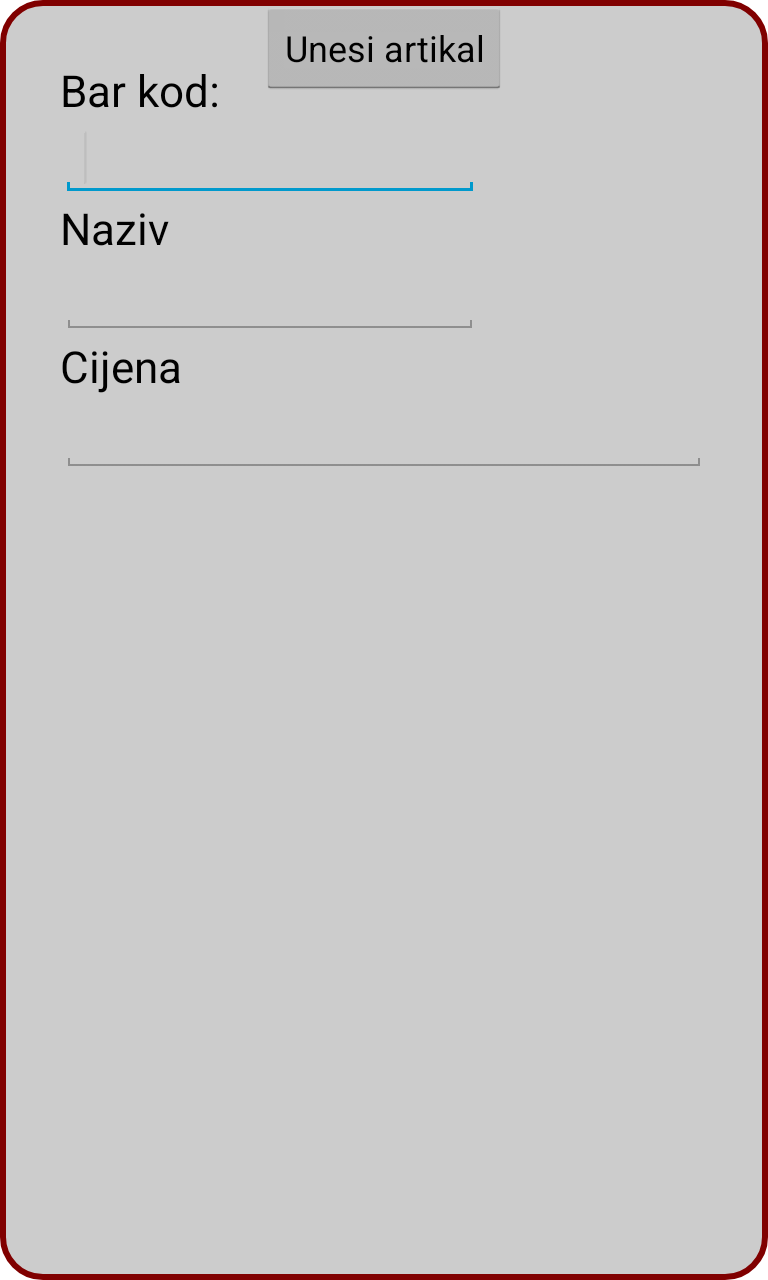
Repository: dzenisahusic/AndroidApp
Layout: Edit2014Sales/res/layout/fragment_unosartikla.xml
These files come from the project's save history. The layout is drawn as it stood at one moment and after the next save; the edit follows.
It is drawn on a 768 x 1280 px phone screen (xhdpi) without system bars, with theme AppTheme; the app's code is not run.

Above is the layout before, as saved 2014-07-15 17:28:40.

After the next save:
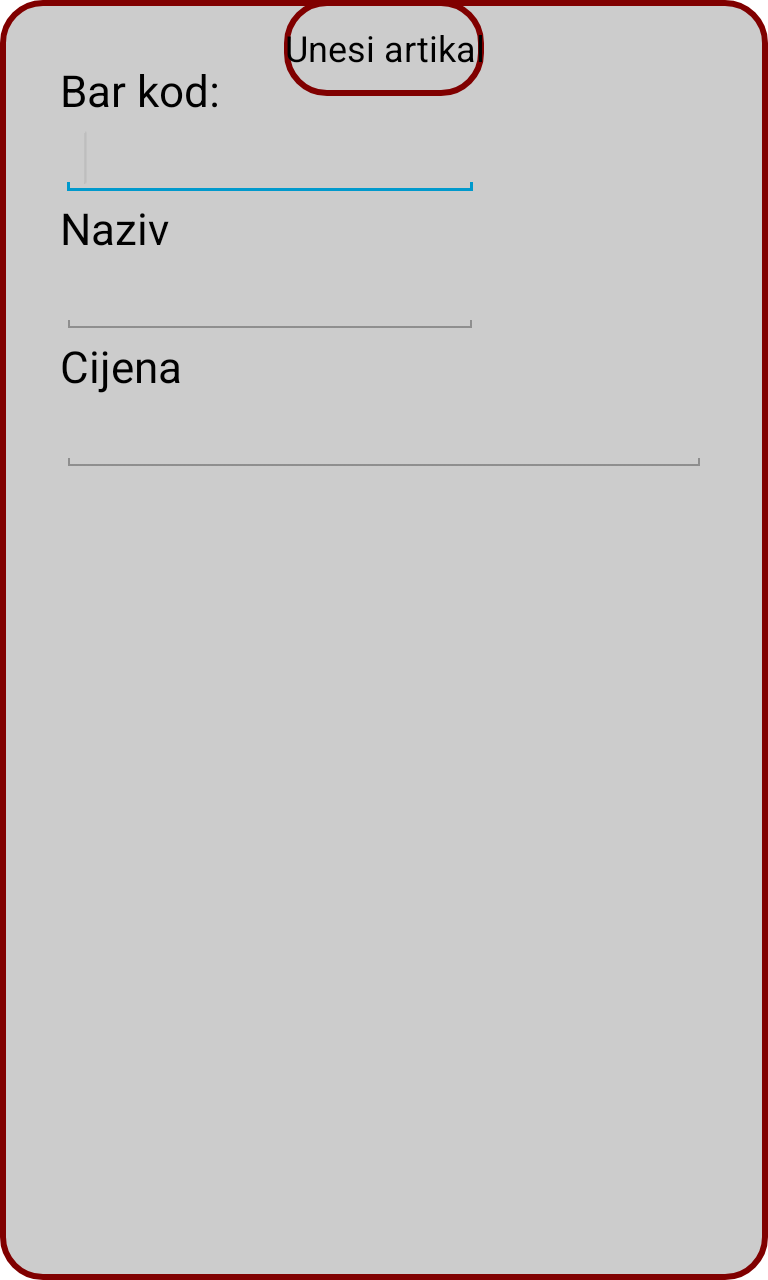
Saved 27 s later.
--- a/Edit2014Sales/res/layout/fragment_unosartikla.xml
+++ b/Edit2014Sales/res/layout/fragment_unosartikla.xml
@@ -91,6 +91,7 @@
         android:layout_width="wrap_content"
         android:layout_height="wrap_content"
         android:layout_centerHorizontal="true"
-        android:text="Unesi artikal" />
+        android:text="Unesi artikal"
+        android:background="@drawable/rounded_corner_top" />
 
 </RelativeLayout>
